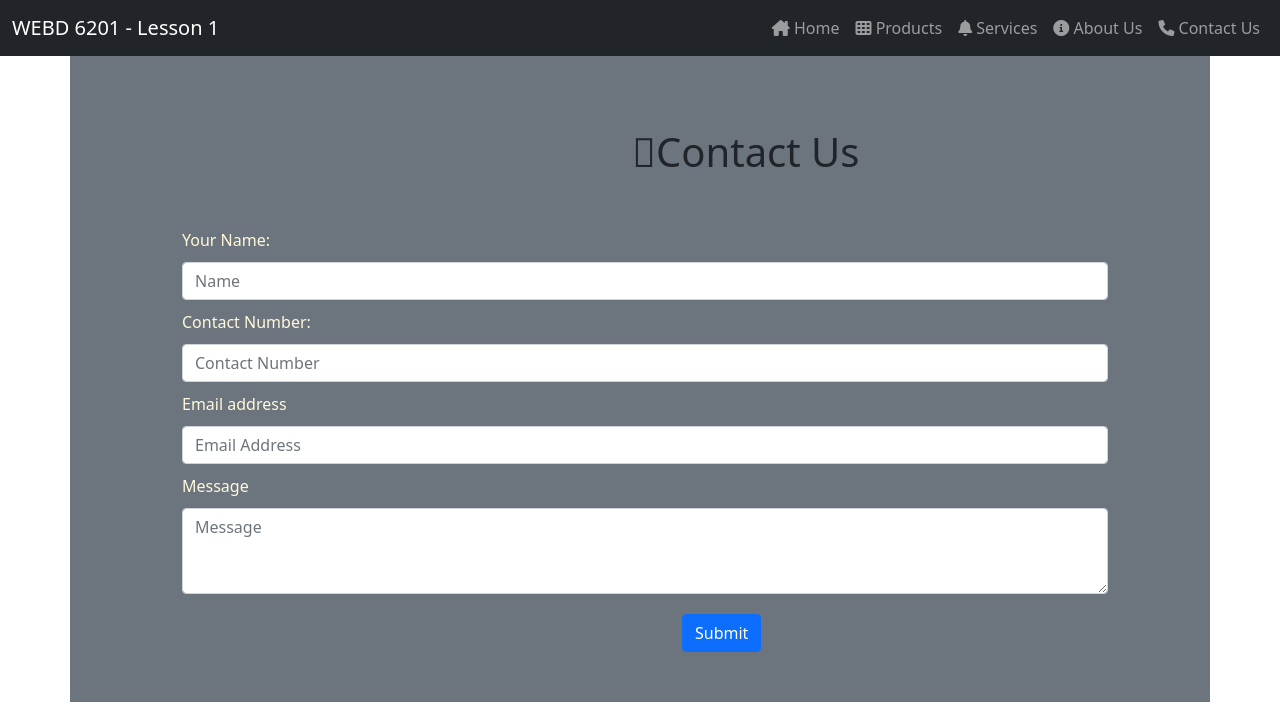
Repository: devanshudave1901/DevanshuDave_AngaranYogeswaranLab2
Page: contact.html
These files come from the project's save history. The page is drawn as it stood at one moment and after the next save; the edit follows.
The browser window is 1280 px wide. The pictures show the whole page.

Above is the page before, as saved 2022-02-10 12:40:31.

### contact.html
<!DOCTYPE html>
<html lang="en">
  <head>
    <meta charset="UTF-8" />
    <meta http-equiv="X-UA-Compatible" content="IE=edge" />
    <meta name="viewport" content="width=device-width, initial-scale=1.0" />
    <title>Contact Us</title>
    <link
      rel="stylesheet"
      href="./node_modules/bootstrap/dist/css/bootstrap.min.css"
    />
    <link
      rel="stylesheet"
      href="./node_modules/@fortawesome/fontawesome-free/css/all.min.css"
    />
    <link rel="stylesheet" href="./Content/app.css" />
  </head>
  <body>
    <nav class="navbar navbar-expand-lg navbar-dark bg-dark">
      <div class="container-fluid">
        <a class="navbar-brand" href="#">WEBD 6201 - Lesson 1</a>
        <button
          class="navbar-toggler"
          type="button"
          data-bs-toggle="collapse"
          data-bs-target="#navbarSupportedContent"
          aria-controls="navbarSupportedContent"
          aria-expanded="false"
          aria-label="Toggle navigation"
        >
          <span class="navbar-toggler-icon"></span>
        </button>
        <div class="collapse navbar-collapse" id="navbarSupportedContent">
          <ul class="navbar-nav ms-auto">
            <li class="nav-item active">
              <a class="nav-link" aria-current="page" href="./index.html"
                ><i class="fa-solid fa-house-chimney"></i> Home</a
              >
            </li>

            <li class="nav-item">
              <a class="nav-link" href="./products.html"
                ><i class="fa-solid fa-th"></i> Products</a
              >
            </li>
            <li class="nav-item">
              <a class="nav-link" href="./services.html"
                ><i class="fa-solid fa-bell"></i> Services</a
              >
            </li>
            <li class="nav-item">
              <a class="nav-link" href="./about.html">
                <i class="fa-solid fa-circle-info"></i> About Us</a
              >
            </li>
            <li class="nav-item">
              <a class="nav-link" href="./contact.html">
                <i class="fa-solid fa-phone"></i> Contact Us</a
              >
            </li>
          </ul>
        </div>
      </div>
    </nav>
    <div class="jumbotron bg-secondary container" id="contentArea">
      <br />
      <br />
      <br />
      <h1 id="contactId"><i class="fa-thin fa-dove"></i>Contact Us</h1>
      <br />

      <form id="Contactform">
        <div class="form-group">
          <label for="InputName">Your Name: </label>
          <input
            type="text"
            class="form-control"
            id="InputName"
            placeholder="Name"
          />
        </div>
        <div class="form-group">
          <label for="InputNumber">Contact Number: </label>
          <input
            type="number"
            class="form-control"
            id="InputNumber"
            placeholder="Contact Number"
          />
        </div>
        <div class="form-group">
          <label for="InputEmail1"> Email address</label>
          <input
            type="email"
            class="form-control"
            id="exampleInputEmail1"
            placeholder="Email Address"
          />
        </div>

        <div class="form-group">
          <label for="InputMessage">Message</label>
          <textarea
            class="form-control"
            id="InputMessage"
            placeholder="Message"
            rows="3"
          ></textarea>
        </div>

        <button type="submit" class="btn btn-primary">Submit</button>
      </form>
    </div>
    <!-- 3RD Party Library-->
    <script src="./node_modules/jquery/dist/jquery.min.js"></script>
    <script src="./node_modules/bootstrap/dist/js/bootstrap.min.js"></script>
  </body>
</html>

### Content/app.css
#Contactform {
  padding: 10px 90px 50px 100px;
}
#Contactform label {
  color: cornsilk;
  padding-bottom: 10px;
  padding-top: 10px;
}

#Contactform button {
  margin-top: 20px;
  margin-left: 500px;
}
.formInputBox {
  padding-left: 60px;
  margin: 8px 0;
  border: dashed;
  box-sizing: border-box;
}

#contactId {
  padding-left: 550px;
}

Loaded but not shown: node_modules/bootstrap/dist/css/bootstrap.min.css (library); node_modules/@fortawesome/fontawesome-free/css/all.min.css (library); node_modules/jquery/dist/jquery.min.js (library); node_modules/bootstrap/dist/js/bootstrap.min.js (library)

After the next save:
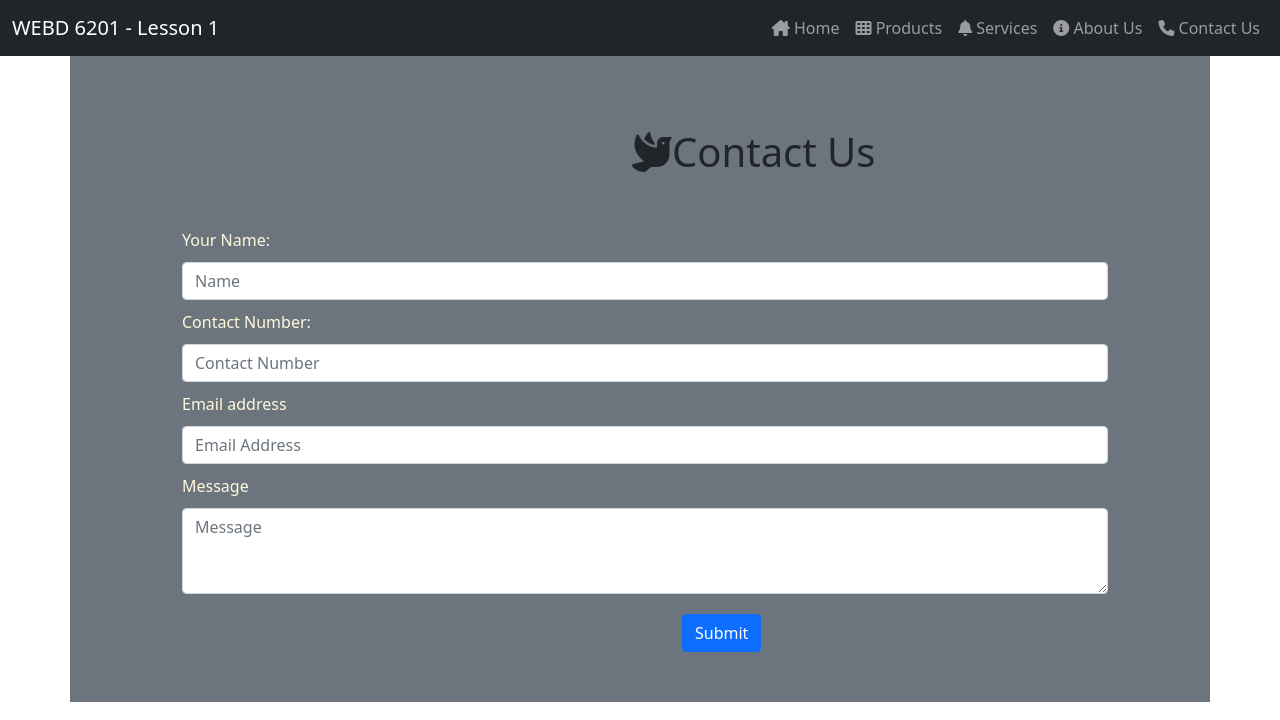
Saved 8 s later.
--- a/contact.html
+++ b/contact.html
@@ -66,7 +66,7 @@
       <br />
       <br />
       <br />
-      <h1 id="contactId"><i class="fa-thin fa-dove"></i>Contact Us</h1>
+      <h1 id="contactId"><i class="fa-solid fa-dove"></i>Contact Us</h1>
       <br />
 
       <form id="Contactform">
